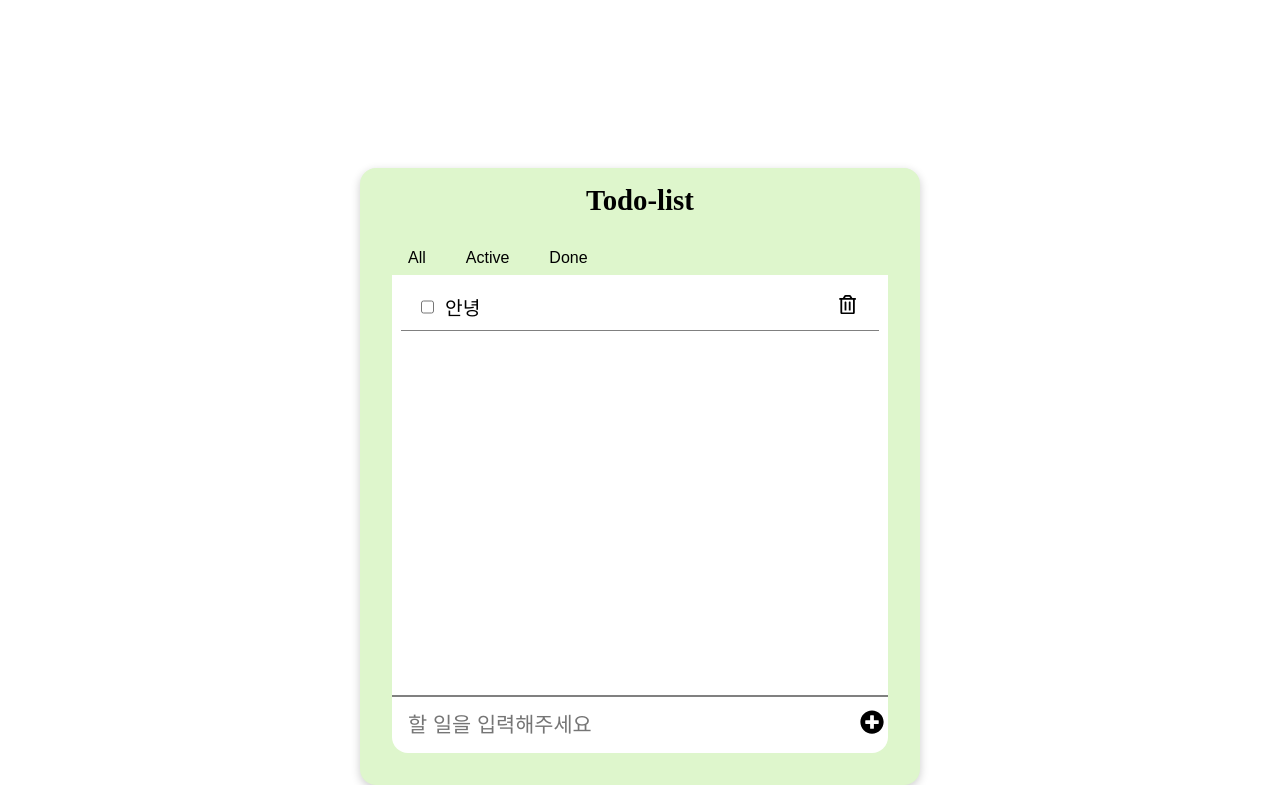
Repository: Yugayoung/todoList
Page: /
An editor plug-in stored every save of this project. The page is shown before and after the next save, followed by the edit.
The browser window is 1280 px wide. The pictures show the whole page.
Some web fonts or font styles are not loaded; a fallback is used. The project was rebuilt for these pictures with package versions that can differ from the ones it lists, and the page was loaded fresh each time. Also part of the build but not shown: src/App.css.

Above is the page before, as saved 2024-03-21 18:17:41.

After the next save:
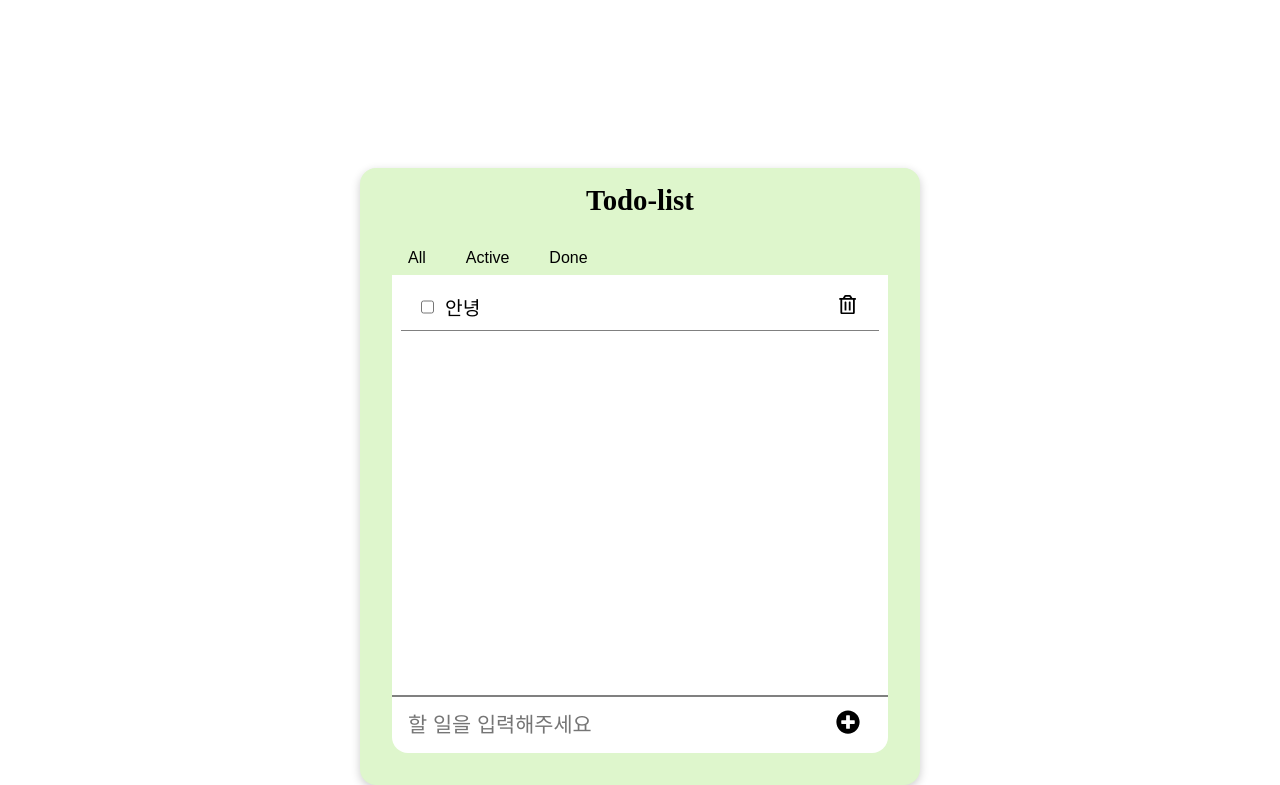
Saved 51 s later.
--- a/src/pages/todo.jsx
+++ b/src/pages/todo.jsx
@@ -83,6 +83,7 @@ const AddBtn = styled.button`
   font-size: 1.5rem;
   padding: 2px 4px;
   border-top: 2px solid gray;
+  width: 5rem;
   border-radius: 0rem 0rem 1rem 0rem;
   &:hover {
     color: red;
